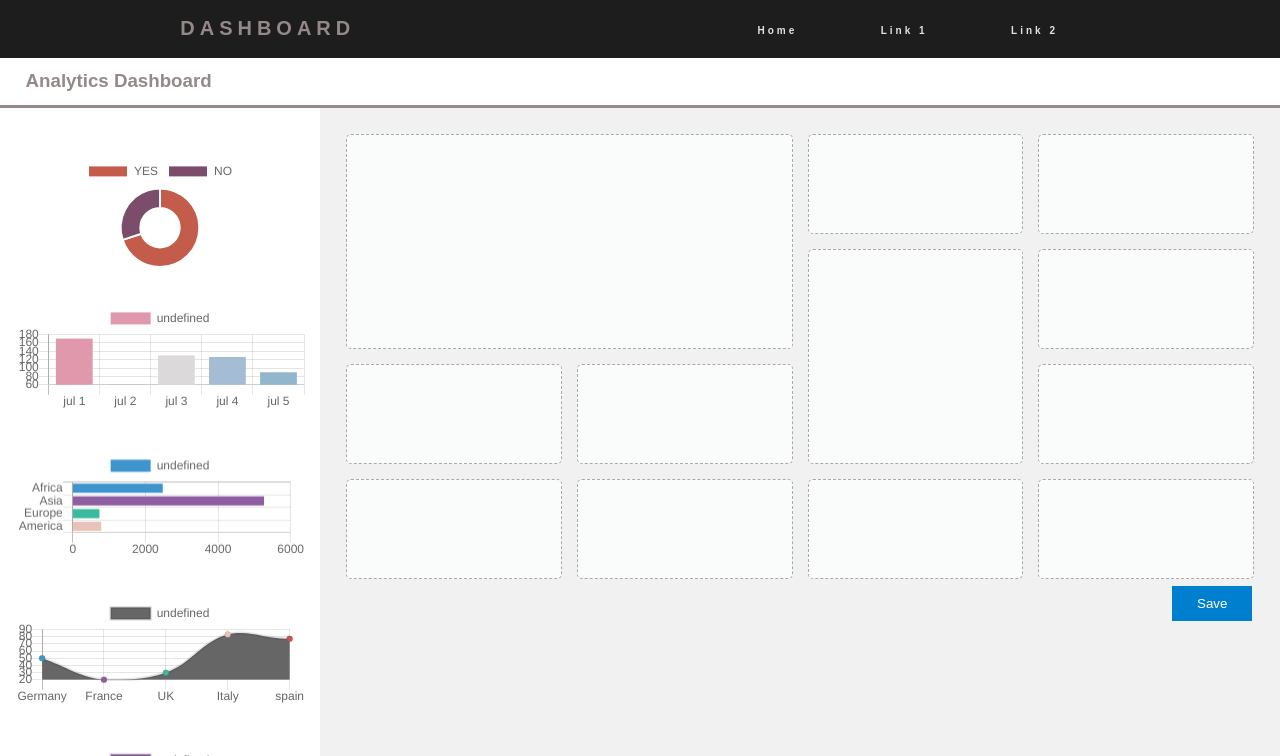
Repository: nourabdelhakam/drag-drop
Page: index.html
An editor plug-in stored every save of this project. The page is shown before and after the next save, followed by the edit.
The browser window is 1280 px wide. The pictures show the whole page.
Some web libraries are served in a nearby version.

Above is the page before, as saved 2020-07-06 00:25:40.

### index.html
<!DOCTYPE html>
<html lang="en">
<head>
    <meta charset="UTF-8">
    <meta name="viewport" content="width=device-width, initial-scale=1.0">
    <meta http-equiv="X-UA-Compatible" content="ie=edge">
    <title>Drag & Drop</title>

    <script src="https://cdn.jsdelivr.net/npm/chart.js@2.8.0"></script>

    <link rel="stylesheet" href="nav/nav.css">
    <link rel="stylesheet" href="css/main.css">
</head>
<body>

    <!-- <nav> -->
        <nav>
            <div class="logo">
                <h4>Dashboard</h4>
            </div>
            <ul class="nav-links">
                <li><a href="">Home</a></li>
                <li><a href="">Link 1</a></li>
                <li><a href="">Link 2</a></li>
            </ul>
            <div class="burger">
                <div class="line1"></div>
                <div class="line2"></div>
                <div class="line3"></div>
            </div>
        </nav>
      <!-- </nav> end of nav -->

      <section>
          <h3>Analytics Dashboard</h3>
          <div class="container">
            <div class="left">
                <div class="list" id="chartList">

                </div>
              </div>
              <div class="right">
                  <!-- <h5>Drag & Drop</h5> -->
                  <div class="wrapper" id="wrapper">
                    <div class="list" id="spot-1"></div>
                    <div class="list" id="spot-2"></div>
                    <div class="list" id="spot-3"></div>
                    <div class="list" id="spot-4"></div>
                    <div class="list" id="spot-5"></div>
                    <div class="list" id="spot-6"></div>
                    <div class="list" id="spot-7"></div>
                    <div class="list" id="spot-8"></div>
                    <div class="list" id="spot-9"></div>
                    <div class="list" id="spot-10"></div>
                    <div class="list" id="spot-11"></div>
                    <div class="list" id="spot-12"></div>
                  </div>
                  <button class="btn" id="saveBtn">Save</button>
                  <button class="btn"  id="tempBtn">Template</button>
              </div>
              <div id="preview" class="wrapper">

              </div>
          </div>
      </section>

      <script  src="chartData.js"></script>
      <script src="chart.js" type="text/javascript"></script>

    <script src="main.js" type="text/javascript"></script>
    <script src="nav/nav.js" type="text/javascript"></script>
</body>
</html>

### nav/nav.css
nav {
    display: flex;
    justify-content: space-around;
    align-items: center;
    min-height: 8vh;
    background-color: #1D1D1D;
    font-family: "Poppins", sans-serif;
}
.logo {
    color: rgb(226, 226, 226);
    text-transform: uppercase;
    letter-spacing: 5px;
    font-size: 20px;
}
.nav-links {
    display: flex;
    justify-content: space-around;
    width: 30%;
}
.nav-links li {
    list-style: none;
}
.nav-links a {
    color: rgb(226, 226, 226);
    text-decoration: none;
    letter-spacing: 3px;
    font-weight: bold;
    font-size: 10px;
}
.burger {
    display: none;
    cursor: pointer;
}
.burger div {
    width: 25px;
    height: 3px;
    background-color: rgb(226, 226, 226);
    margin: 5px;
    transition: all 0.3s ease;
}


@media screen and (max-width:1024px) {
    .nav-links {
        width: 60%;
    }
}

@media screen and (max-width:768px) {

    body {
        overflow-x: hidden;
    }
    .nav-links {
        position: absolute;
        right: 0px;
        height: 92vh;
        top: 8vh;
        background-color: #1D1D1D;
        display: flex;
        flex-direction: column;
        align-items: center;
        width: 50%;
        transform: translatex(100%);
        transition: transform 0.5s ease-in;
    }
    .nav-links li {
        opacity: 0;
    }
    .burger {
        display: block;
    }
}

.nav-active {
    transform: translatex(0%);
}

@keyframes navLinkFade {
    from {
        opacity: 0;
        transform: translatex(50%);
    }
    to {
        opacity: 1;
        transform: translatex(0%);
    }
}

.toggle .line1 {
    transform: rotate(-45deg) translate(-5px, 6px);
}
.toggle .line2 {
    opacity: 0;
}
.toggle .line3 {
    transform: rotate(45deg) translate(-5px, -6px);
}

.landing {
    height: 90vh;
    display: flex;
    justify-content: center;
    align-items: center;
}
.landing h1 {
    margin: 100px;
    font-size: 50px;
    color: #ae5fce;
}

### css/main.css
* {
    margin: 0;
    padding: 0;
    box-sizing: border-box;
}
body {
    font-family: Arial, Helvetica, sans-serif;
}
h3, h4, a {
    color: rgb(148, 137, 137);
}
h3 {
    padding: 1% 2%;
}
h5 {
    margin-bottom: .5em;
}
.container {
    border-top: 3px solid rgb(148, 137, 137);
}
.left {
    width: 25%;
    height: 90vh;
    float: left;
    padding: 1%;
    overflow:hidden;
    overflow-y:scroll;
}
.right {
    width: 75%;
    height: 90vh;
    float: left;
    padding: 2%;
    background-color: #F1F1F1;
}

.list-item {
    border-radius: 4px;
    /* border: 1px dashed darkgrey; */
    /* padding: 5px 5px;  */
    text-align: center;
    /* margin: 5% 0; */
    height: 100%;
    width: 100%;
    cursor: pointer;
}
canvas {
    height: 100%;
    width: 100%;
}

.wrapper > div {
    border: 1px dashed darkgrey;
    border-radius: 5px;
    background-color: #FAFBFB;
    /* resize: both;
    overflow: auto; */
}
.wrapper {
  display: grid;
  grid-template-columns: repeat(4, 1fr);
  grid-auto-rows: 100px;
  grid-gap: 15px;
}
 .wrapper div:nth-child(2) {
   grid-column: 3;
   grid-row: 2 / 4;
}
 .wrapper div:nth-child(5) {
   grid-column: 1 / 3;
   grid-row: 1 / 3;
}
/* .plus-button {
	border: 2px solid lightgrey;
	background-color: #fff;
	font-size: 16px;
	height: 2.5em;
	width: 2.5em;
	border-radius: 999px;
    position: relative;

}

.plus-button:after,
.plus-button:before {
		content: "";
		display: block;
		background-color: grey;
		position: absolute;
		top: 50%;
		left: 50%;
        transform: translate(-50%, -50%);

	}

	.plus-button:before {
		height: 1em;
		width: 0.2em;
	}

	.plus-button:after {
		height: 0.2em;
		width: 1em;
	}


.plus-button--small {
	font-size: 12px;
} */
.btn {
    background-color: #007FCF;
    border: none;
    color: white;
    padding: 10px 25px;
    text-align: center;
    text-decoration: none;
    display: inline-block;
    margin: 7px 2px;
    cursor: pointer;
    float: right;
}
#tempBtn {
    display: none;
}

### chartData.js
 chartData={
    chart1 : {
        id: 1,
        data : [70, 30],
        colors : ['#C45C4B', '#7B4D6A'],
        labels : ['YES', 'NO'],
        type : 'doughnut'
    },
    chart2 : {
        id: 2,
        labels : ['jul 1', 'jul 2', 'jul 3', 'jul 4', 'jul 5'],
        data : [170, 60.5, 130, 126.3, 90],
        colors : ['#E099AC', '#A4BCD3', '#DCD9DA', '#A4BCD4', '#92B6CB'],
        type: 'bar'
    },
    chart3 : {
        id: 3,
        labels: ["Africa", "Asia", "Europe", "America"],
        colors: ["#3e95cd", "#8e5ea2","#3cba9f","#e8c3b9","#c45850"],
        data: [2478,5267,734,784,433],
        type: 'horizontalBar',
    },
    chart4 : {
        id: 4,
        labels : ['Germany', 'France', 'UK', 'Italy', 'spain'],
        data : [50, 20, 30, 83, 77, 88],
        colors : ["#3e95cd", "#8e5ea2","#3cba9f","#e8c3b9","#c45850", "#dbceb0"],
        type: 'line'
    },


    chart5 : {
        id: 5,
        labels : ["1900", "1950", "1999", "2050"],
        data : [408,547,675,734],
        colors : "#8e5ea2",
        type: 'line'
    },

}

exports = chartData

### chart.js
function draw(pos, chart, type) {
  var el = document.getElementById(pos);
  console.log(chart);

  var canvas = document.createElement("canvas");
  canvas.className = "list-item";
  canvas.setAttribute("draggable", "true");
  canvas.setAttribute("data-chart", JSON.stringify(chart));

  canvas.id = type + chart.id+'-'+pos;
  el.appendChild(canvas);
  console.log(canvas);
  c = document.getElementById(type + chart.id+'-'+pos).getContext("2d");

  new Chart(c, {
    type: chart.type,
    data: {
      labels: chart.labels,
      datasets: [
        {
          data: chart.data,
          backgroundColor: chart.colors,
        },
      ],
    },
    options: {
      title: {
        Text: "Do you like doughnuts?",
        display: true,
      },
      layout: {
        padding: {
            left: 0,
            right: 0,
            top: 0,
            bottom: 0
        },
        margin: {
            right:0,
            left:0,
            top:0,
            bottom:0
        },

    }
    },
  });
}

exports = draw;

// let myChart1 = document.getElementById("myChart").getContext('2d');
let chartWrapper = document.getElementById("chartList");
console.log(chartWrapper);

for (let chart in chartData) {
  console.log(chartWrapper);

  draw(chartWrapper.id, chartData[chart],'chatLib-');
}

### main.js
const list_items = document.querySelectorAll(".list-item");
const lists = document.querySelectorAll(".list");
var cantAccess = false;
var wrapper = document.getElementById('wrapper');
const saveBtn = document.getElementById("saveBtn");
const tempPreview = document.getElementById('tempPreview');
const tempBtn =  document.getElementById('tempBtn');
const previewDiv = document.getElementById('preview');
var dragged = null;
var draggedData= null;
var templateList=[];
(function() {
	var temp = JSON.parse(localStorage.getItem('template'));
	if(temp!= null){
		templateList = temp;

		for( chart in templateList){
			draw(templateList[chart].pos,templateList[chart].data,'chartTemplate-')
		}


	}

 })();
saveBtn.addEventListener("click", function () {
  var template = localStorage.getItem("template");
  console.log(template);

  if (template)
    var c = confirm("There is a saved template, Do you want to overwrite it?");


  if (c == true || !template) {

	let itemsArray = JSON.stringify(templateList);
	localStorage.setItem("template", itemsArray);
	tempBtn.style.display = "block"

	// tempPreview.innerHTML = wrapper;
  }
});



 tempBtn.addEventListener('click',function(){
	itemsArray = JSON.parse(localStorage.getItem('template'));
	previewDiv.innerHTML = itemsArray;
})

// tempPreview.addEventListener('click',function(){
// 	itemsArray = JSON.parse(localStorage.getItem('template'));
// 	 wrapper.innerHTML = itemsArray ;
// })

// const data = JSON.parse(localStorage.getItem('items'))
// //localStorage

let draggedItem = null;

for (let i = 0; i < list_items.length; i++) {
  const item = list_items[i];
  console.log(item.id);
  item.addEventListener("dragstart", function () {
    draggedItem = item;
    console.log(cantAccess);
	dragged = item.id;
	draggedData =JSON.parse(item.dataset.chart);

    setTimeout(function () {
	  item.style.display = "none";
	}, 0);
	cantAccess = false
  });

  item.addEventListener("dragend", function () {
    setTimeout(function () {
	  draggedItem.style.display = "block";
    //   draggedItem.style.padding = "0";
    //   draggedItem.style.margin = "0";
      draggedItem.style.height = "100%";
      draggedItem.style.width = "100%";
      draggedItem = null;
	}, 0);
	cantAccess = false;
  });
}
  for (let j = 0; j < lists.length; j++) {
    const list = lists[j];

    list.addEventListener("dragover", function (e) {
	  e.preventDefault();
	  console.log(e.target.tagName);
	  console.log(cantAccess);

	  if(e.target.tagName == 'CANVAS'){
		  cantAccess = true;
	  }
    });

    list.addEventListener("dragenter", function (e) {
      e.preventDefault();
      this.style.backgroundColor = "#FFFFFF";
    });

    list.addEventListener("dragleave", function (e) {
	  this.style.backgroundColor = "#F9FDFF";
	  console.log(e.target.id	);
	  cantAccess = false;

    });

    list.addEventListener("drop", function (e) {
	  console.log("drop");
	  if(cantAccess)
		return false;
	  i = {
		  id:dragged,
		  pos:e.toElement.id,
		  data: draggedData
	  }
	  var result = templateList.filter(obj => {
		return obj.pos === e.toElement.id
	  })
	  console.log(e.toElement.id);

	  console.log('templateList:'+result);
	  setTimeout(function(){
	  if (result.length == 0){
		  console.log('empty');
		  console.log(i);

		  templateList.push(i);
		  console.log('templalist: '+templateList);
		draw(e.toElement.id,draggedData,'chartTemplate-')

		}},100);

		cantAccess = false
    //   this.append(draggedItem);
	  this.style.backgroundColor = "#FFFFFF";
    });
  }

### nav/nav.js
const navSlide = () => {
    const burger = document.querySelector('.burger');
    const nav = document.querySelector('.nav-links');
    const navLinks = document.querySelectorAll('.nav-links li');


    burger.addEventListener('click', () => {

        //Toggle Nav
        nav.classList.toggle('nav-active');

        //Animate Links
        navLinks.forEach((link, index) => {

            if (link.style.animation) {
                link.style.animation = '';
            } else {
                link.style.animation = `navLinkFade 0.5s ease forwards ${index / 7 + 0.3}s`;
            }

        });

        //Burger Animation
        burger.classList.toggle('toggle');
    });

}

navSlide();

After the next save:
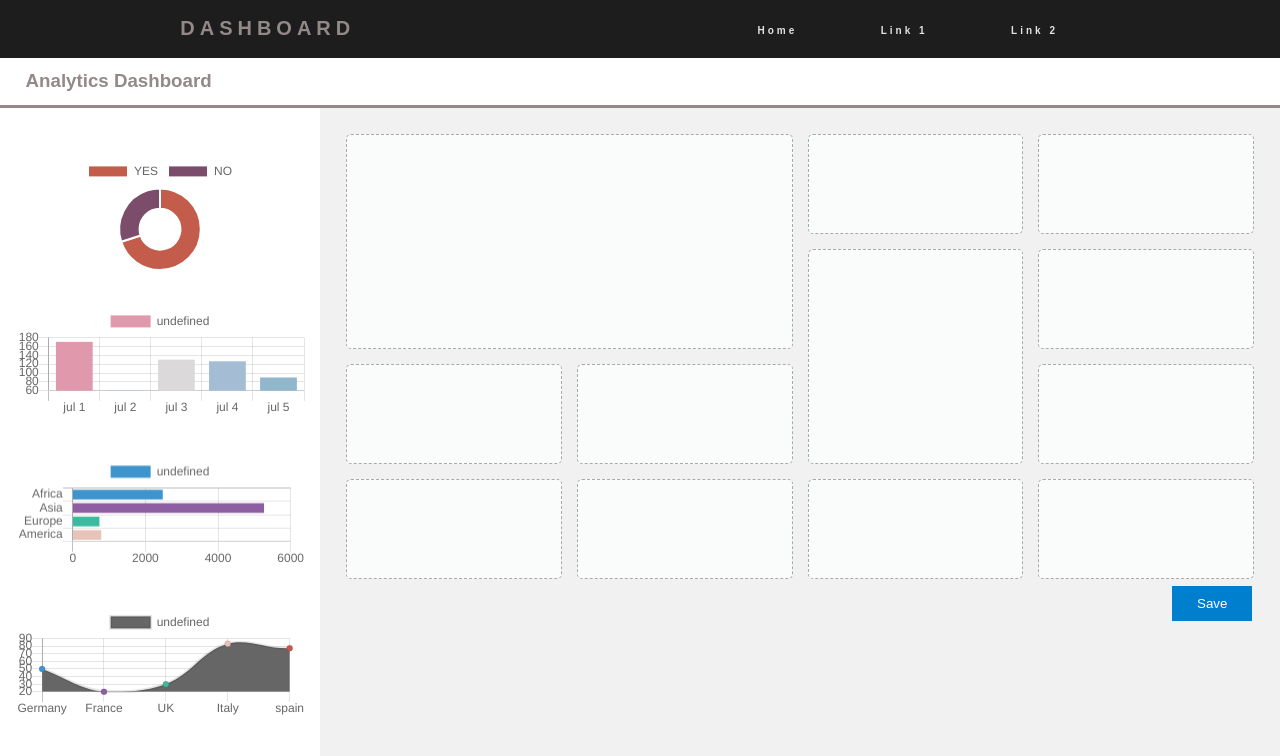
Saved 39 s later.
--- a/chart.js
+++ b/chart.js
@@ -9,6 +9,7 @@ function draw(pos, chart, type) {
 
   canvas.id = type + chart.id+'-'+pos;
   el.appendChild(canvas);
+  canvas.style.height='100%'
   console.log(canvas);
   c = document.getElementById(type + chart.id+'-'+pos).getContext("2d");
 
